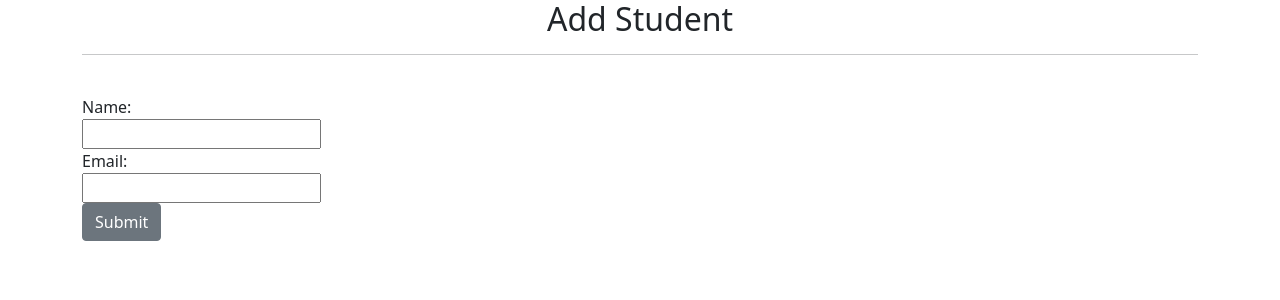
Repository: pradeep9689/monoceptAssignment
Page: http://localhost/09-student-mvc-db/addStudent.jsp
An editor plug-in stored every save of this project. The page is shown before and after the next save, followed by the edit.
The browser window is 1280 px wide. The pictures show the whole page.
The page is served by Tomcat 9.

Above is the page before, as saved 2024-07-17 08:12:28.

After the next save:
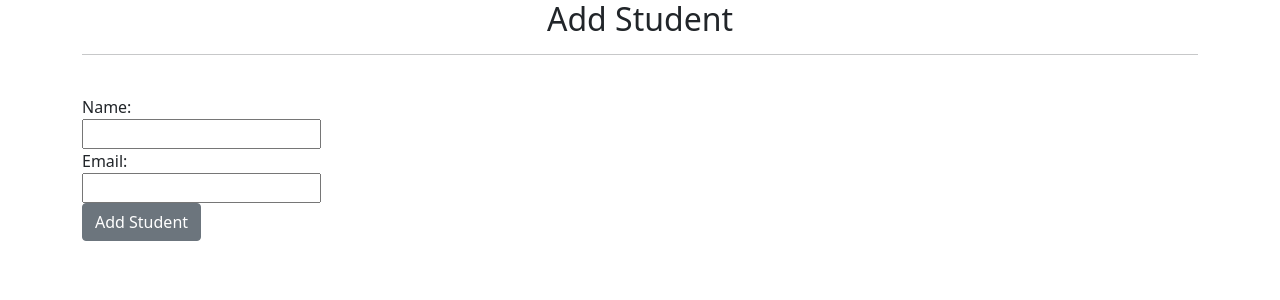
Saved 10 min 41 s later.
--- a/09-student-mvc-db/WebContent/addStudent.jsp
+++ b/09-student-mvc-db/WebContent/addStudent.jsp
@@ -21,7 +21,7 @@
         <label for="mail">Email:</label><br>
         <input type="text" id="student_mail" name="student_mail"><br>
 
-        <input type="submit" class="btn btn-secondary"  >
+        <input type="submit" value="Add Student" class="btn btn-secondary"  >
     </form>
     </div>
 </body>

After the save that followed:
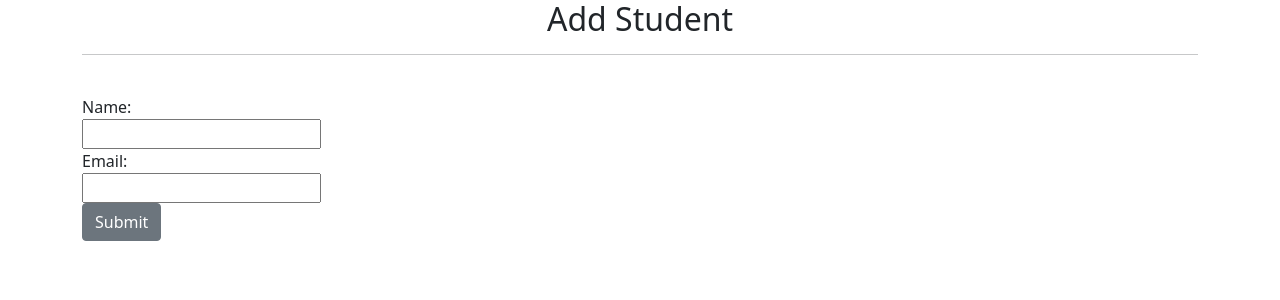
Saved 31 s later.
--- a/09-student-mvc-db/WebContent/addStudent.jsp
+++ b/09-student-mvc-db/WebContent/addStudent.jsp
@@ -21,7 +21,7 @@
         <label for="mail">Email:</label><br>
         <input type="text" id="student_mail" name="student_mail"><br>
 
-        <input type="submit" value="Add Student" class="btn btn-secondary"  >
+        <input type="submit" class="btn btn-secondary"  >
     </form>
     </div>
 </body>
